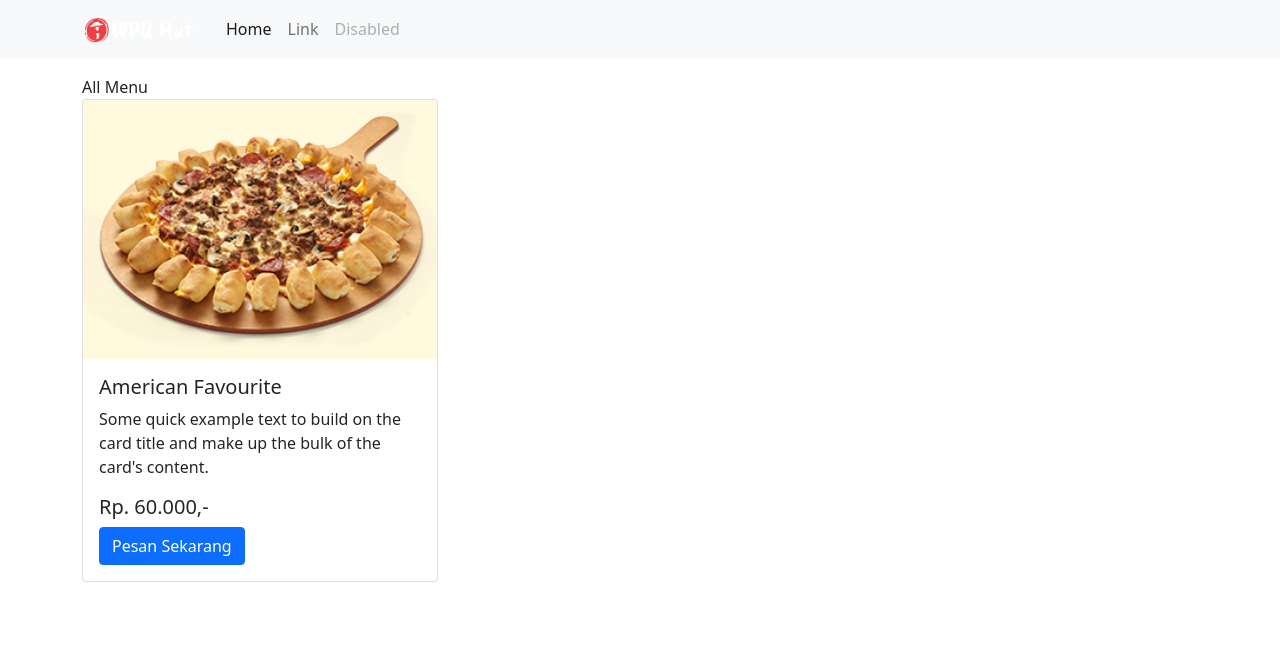
Repository: bayukembara/RESTAPI
Page: http://localhost/latihan1.php
An editor plug-in stored every save of this project. The page is shown before and after the next save, followed by the edit.
The browser window is 1280 px wide. The pictures show the whole page.
Some web libraries are served in a nearby version. The page is run by PHP 8.4 with error messages shown; the project is at /var/www/html/.

Above is the page before, as saved 2022-04-29 13:16:08.

After the next save:
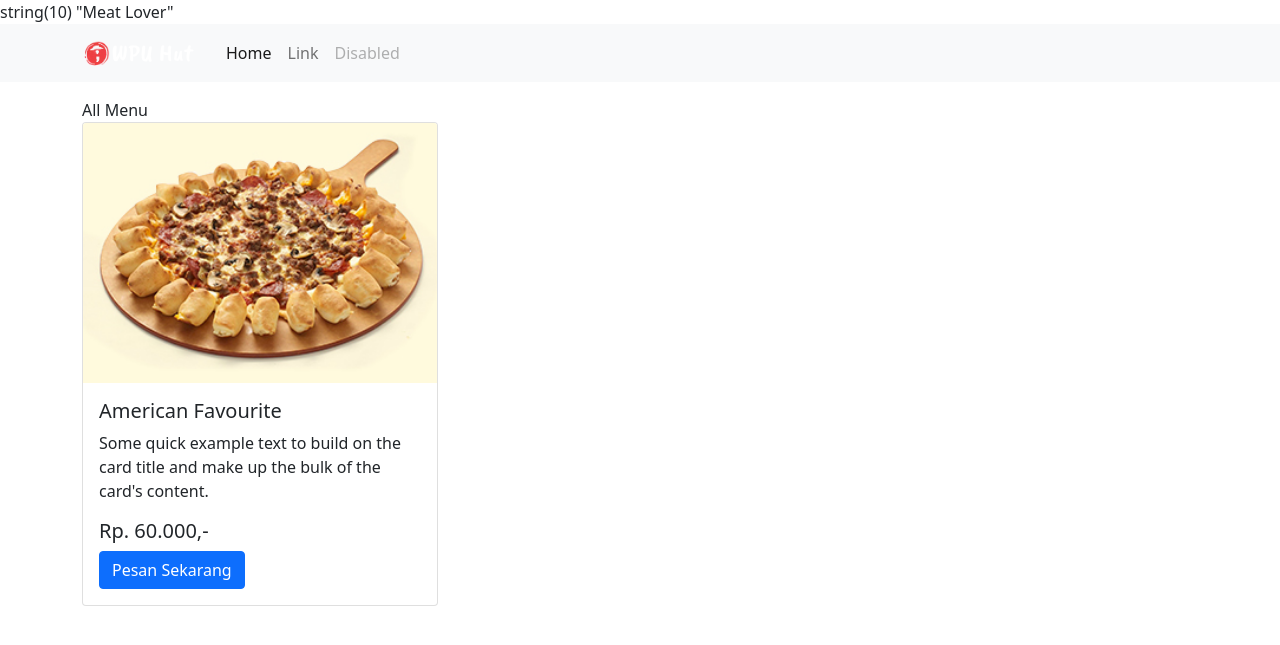
Saved 35 s later.
--- a/latihan1.php
+++ b/latihan1.php
@@ -3,6 +3,7 @@
 $data = file_get_contents("data/menu.json");
 $menu = json_decode($data,true);
 
+  var_dump($menu["menu"]["0"]["nama"]);
 ?>
 
 <!doctype html>

After the save that followed:
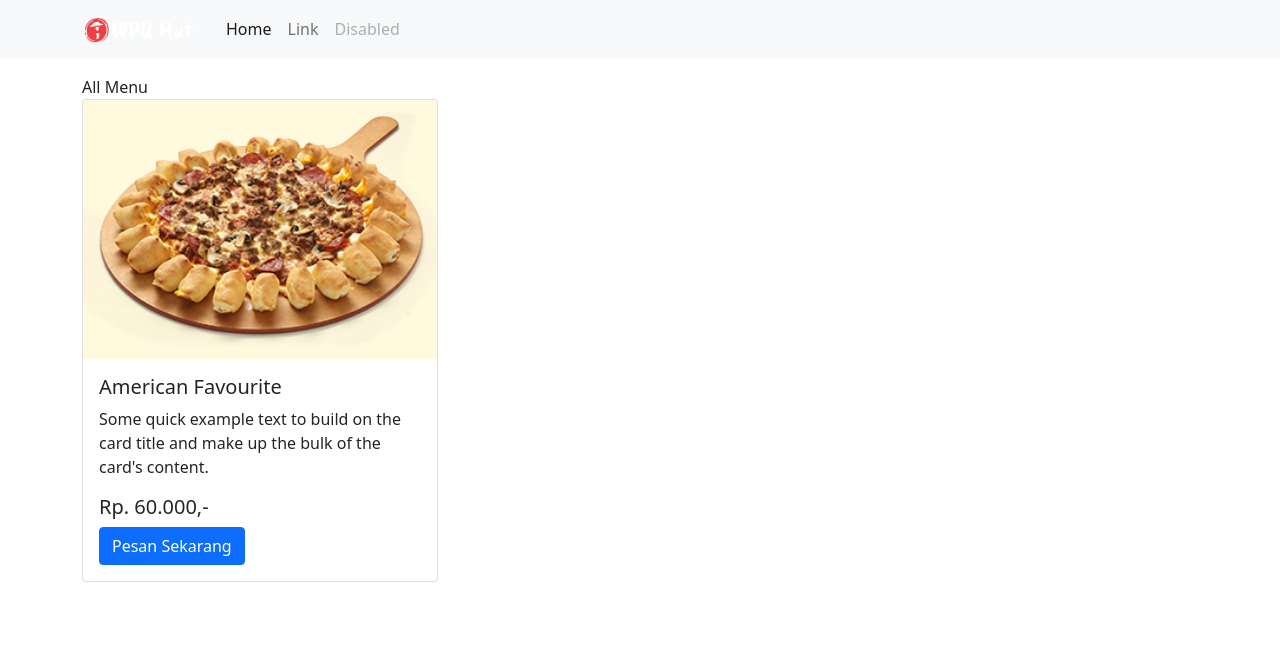
Saved 25 s later.
--- a/latihan1.php
+++ b/latihan1.php
@@ -3,7 +3,7 @@
 $data = file_get_contents("data/menu.json");
 $menu = json_decode($data,true);
 
-  var_dump($menu["menu"]["0"]["nama"]);
+$menu = $menu["menu"];
 ?>
 
 <!doctype html>
